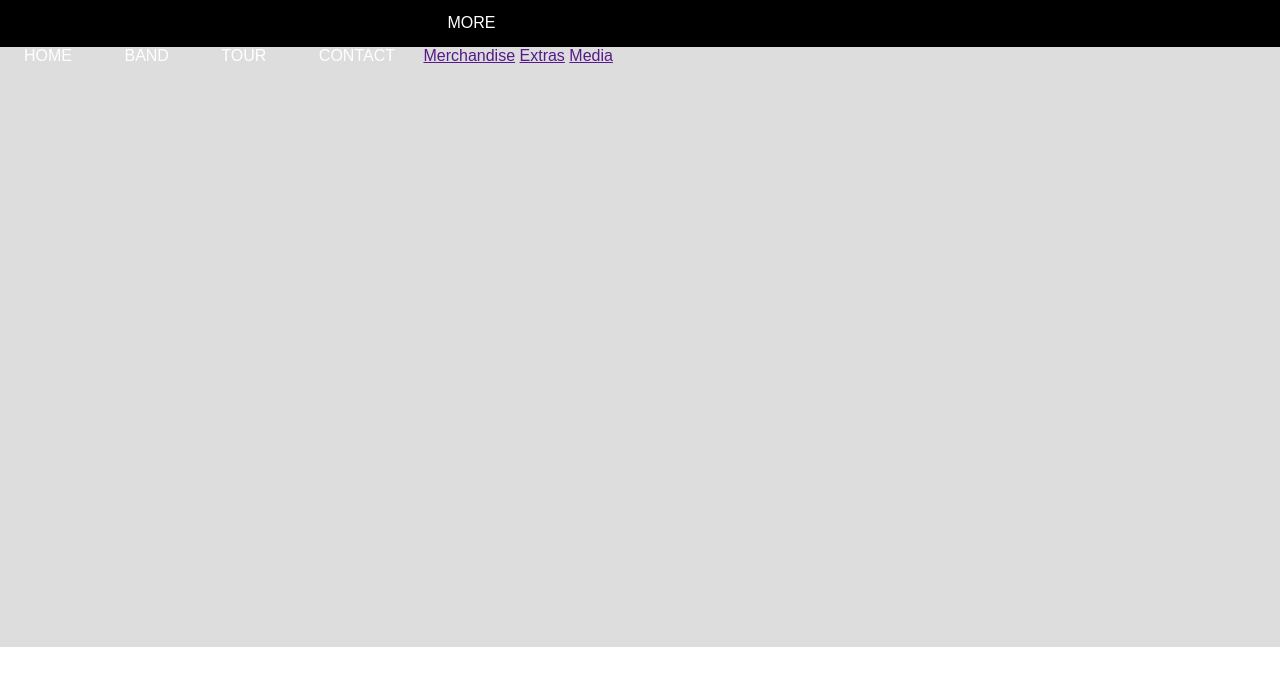
Repository: thanhsonnguyen-gif/f8-learn
Page: index.html
The author's editor kept a copy of each file at every save. The page is drawn from the files as they stood at one save, then again after the next save.
The browser window is 1280 px wide. The pictures show the whole page.

Above is the page before, as saved 2022-06-23 10:55:02.

### index.html
<!DOCTYPE html>
<html lang="en">
<head>
    <meta charset="UTF-8">
    <meta http-equiv="X-UA-Compatible" content="IE=edge">
    <meta name="viewport" content="width=device-width, initial-scale=1.0">
    <title>Document</title>
    <link rel="stylesheet" href="./assets/css/style.css">
</head>
<body>
    <div id="main">
        <div id="header">
            <ul id="nav">
                <li><a href="">HOME</a></li>
                <li><a href="">BAND</a></li>
                <li><a href="">TOUR</a></li>
                <li><a href="">CONTACT</a></li>
                <li>
                    <a title="more" href="#">More</a>
                    <ul class="subnav">
                        <li><a href="">Merchandise</a></li>
                        <li><a href="">Extras</a></li>
                        <li><a href="">Media</a></li>
                    </ul>
                </li>
            </ul>
        </div>
        <div id="slide">

        </div>
        <div id="content">

        </div>
        <div id="footer">

        </div>
    </div>
</body>
</html>

### assets/css/style.css
*{
    padding: 0;
    margin: 0;
    box-sizing: border-box;
}

#main {
    font-family: Arial, Helvetica, sans-serif;
}

#header {
background-color: #000;
height: 46.5px;
color: #fff;
}

#nav li {
    display: inline-block;
    position: relative;
}

#nav > li > a {
    line-height: 46.5px;
    padding:0 24px;
    text-decoration: none;
    color: #fff;
    display: inline-block;
    text-transform: uppercase;
}

#nav li:hover a {
    background-color: #ccc;
    color: #000;
}

#nav >.subnav {
    position: absolute;
    /* display: none; */
}

#slide {
background-color: #ddd;
min-height: 600px;
}

#content {

}

#footer {

}

After the next save:
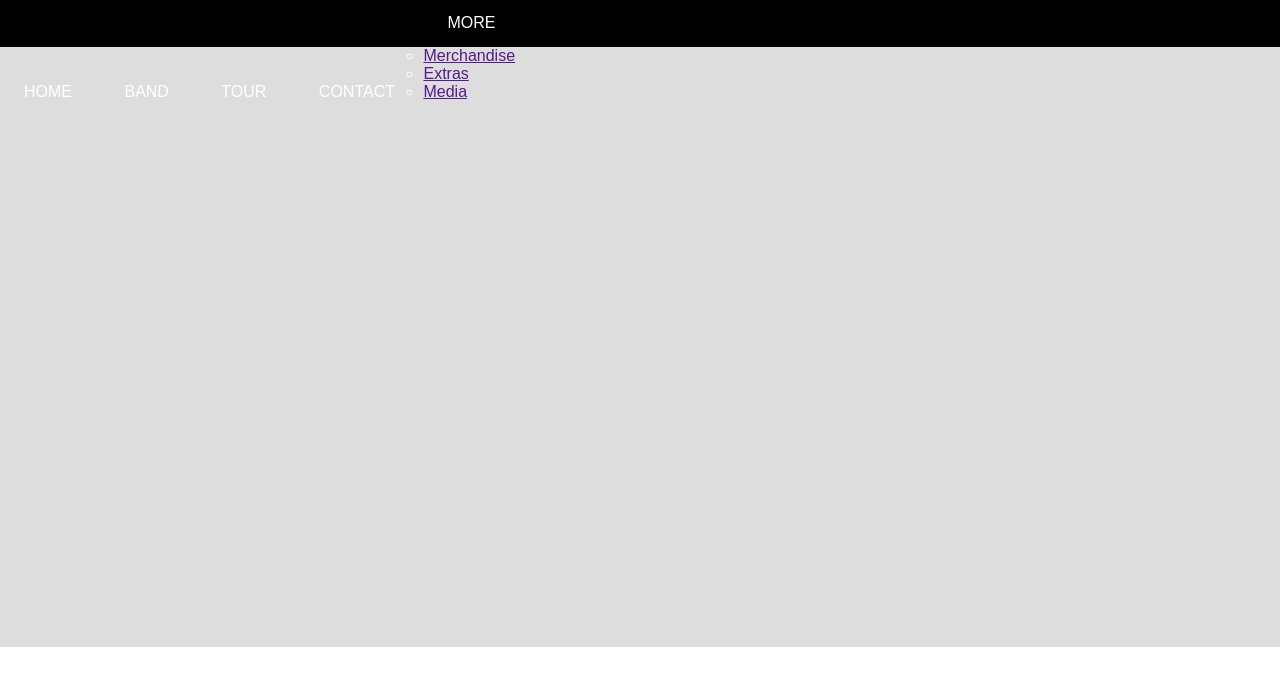
Saved 17 s later.
--- a/assets/css/style.css
+++ b/assets/css/style.css
@@ -14,7 +14,7 @@
 color: #fff;
 }
 
-#nav li {
+#nav > li {
     display: inline-block;
     position: relative;
 }
